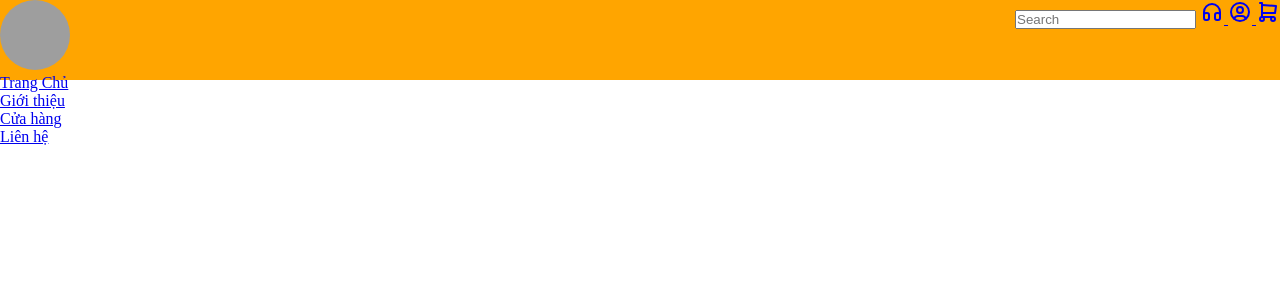
Repository: manhhieu120499/test-page
Page: index.html
The author's editor kept a copy of each file at every save. The page is drawn from the files as they stood at one save, then again after the next save.
The browser window is 1280 px wide. The pictures show the whole page.
Pictures or frames that could not be fetched are drawn as grey boxes.

Above is the page before, as saved 2023-01-11 22:58:45.

### index.html
<!DOCTYPE html>
<html lang="en">

<head>
    <meta charset="UTF-8">
    <meta http-equiv="X-UA-Compatible" content="IE=edge">
    <meta name="viewport" content="width=device-width, initial-scale=1.0">
    <title>Document</title>
    <link rel="stylesheet" href="./style.css">
</head>

<body>
    <div id="header">
        <div class="left-sidebar">
            <img src="https://t3.ftcdn.net/jpg/03/02/36/70/360_F_302367092_vmqO9rSPmluZJFuOFFNzjGwimbChoIAZ.jpg"
                alt="logo-shop">
            <ul class="sub-menu">
                <li><a href="#">Trang Chủ</a></li>
                <li><a href="#">Giới thiệu</a></li>
                <li><a href="#">Cửa hàng</a< /li>
                <li><a href="#">Liên hệ</a></li>
            </ul>

        </div>

        <div class="right-sidebar">
            <input type="text" placeholder="Search" />
            <a href="#" class="telesale">
                <svg xmlns="http://www.w3.org/2000/svg" class="icon icon-tabler icon-tabler-headphones" width="24"
                    height="24" viewBox="0 0 24 24" stroke-width="2" stroke="currentColor" fill="none"
                    stroke-linecap="round" stroke-linejoin="round">
                    <path stroke="none" d="M0 0h24v24H0z" fill="none"></path>
                    <rect x="4" y="13" rx="2" width="5" height="7"></rect>
                    <rect x="15" y="13" rx="2" width="5" height="7"></rect>
                    <path d="M4 15v-3a8 8 0 0 1 16 0v3"></path>
                </svg>
            </a>
            <a href="#" class="person">
                <svg xmlns="http://www.w3.org/2000/svg" class="icon icon-tabler icon-tabler-user-circle" width="24"
                    height="24" viewBox="0 0 24 24" stroke-width="2" stroke="currentColor" fill="none"
                    stroke-linecap="round" stroke-linejoin="round">
                    <path stroke="none" d="M0 0h24v24H0z" fill="none"></path>
                    <circle cx="12" cy="12" r="9"></circle>
                    <circle cx="12" cy="10" r="3"></circle>
                    <path d="M6.168 18.849a4 4 0 0 1 3.832 -2.849h4a4 4 0 0 1 3.834 2.855"></path>
                </svg>
            </a>
            <a href="#" class="shopping-cart">
                <svg xmlns="http://www.w3.org/2000/svg" class="icon icon-tabler icon-tabler-shopping-cart" width="24"
                    height="24" viewBox="0 0 24 24" stroke-width="2" stroke="currentColor" fill="none"
                    stroke-linecap="round" stroke-linejoin="round">
                    <path stroke="none" d="M0 0h24v24H0z" fill="none"></path>
                    <circle cx="6" cy="19" r="2"></circle>
                    <circle cx="17" cy="19" r="2"></circle>
                    <path d="M17 17h-11v-14h-2"></path>
                    <path d="M6 5l14 1l-1 7h-13"></path>
                </svg>
            </a>
        </div>
    </div>

    <div id="footer">

    </div>
</body>

</html>

### style.css
* {
    margin: 0;
    padding: 0;
    box-sizing: border-box;
}

#header {
    width: 100vw;
    height: 80px;
    background-color: orange;
    display: flex;
    justify-content: space-between;
}
img {
    width: 70px;
    height: 70px;
    border-radius: 50%;
}

/* .sub-menu li {
   list-style: none;
   display: inline-block;
   line-height: 80px;
   padding: 0px 15px;
}

.sub-menu li a {
    text-decoration: none;
} */

After the next save:
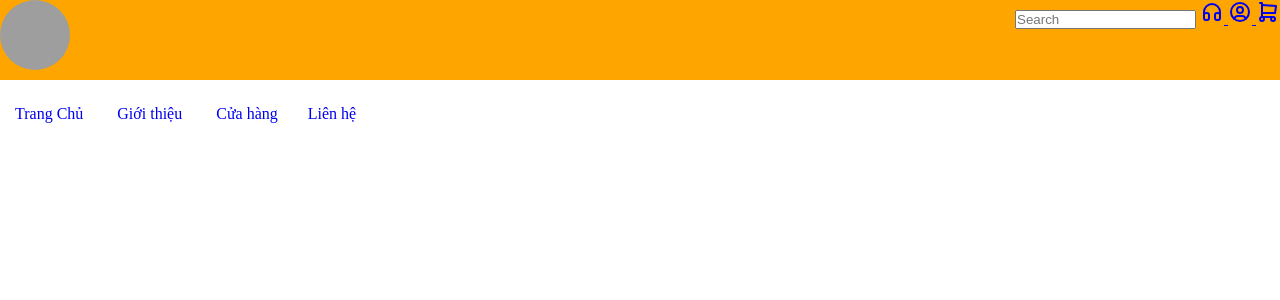
Saved 19 s later.
--- a/style.css
+++ b/style.css
@@ -17,7 +17,7 @@ img {
     border-radius: 50%;
 }
 
-/* .sub-menu li {
+.sub-menu li {
    list-style: none;
    display: inline-block;
    line-height: 80px;
@@ -26,4 +26,4 @@ img {
 
 .sub-menu li a {
     text-decoration: none;
-} */
+}
